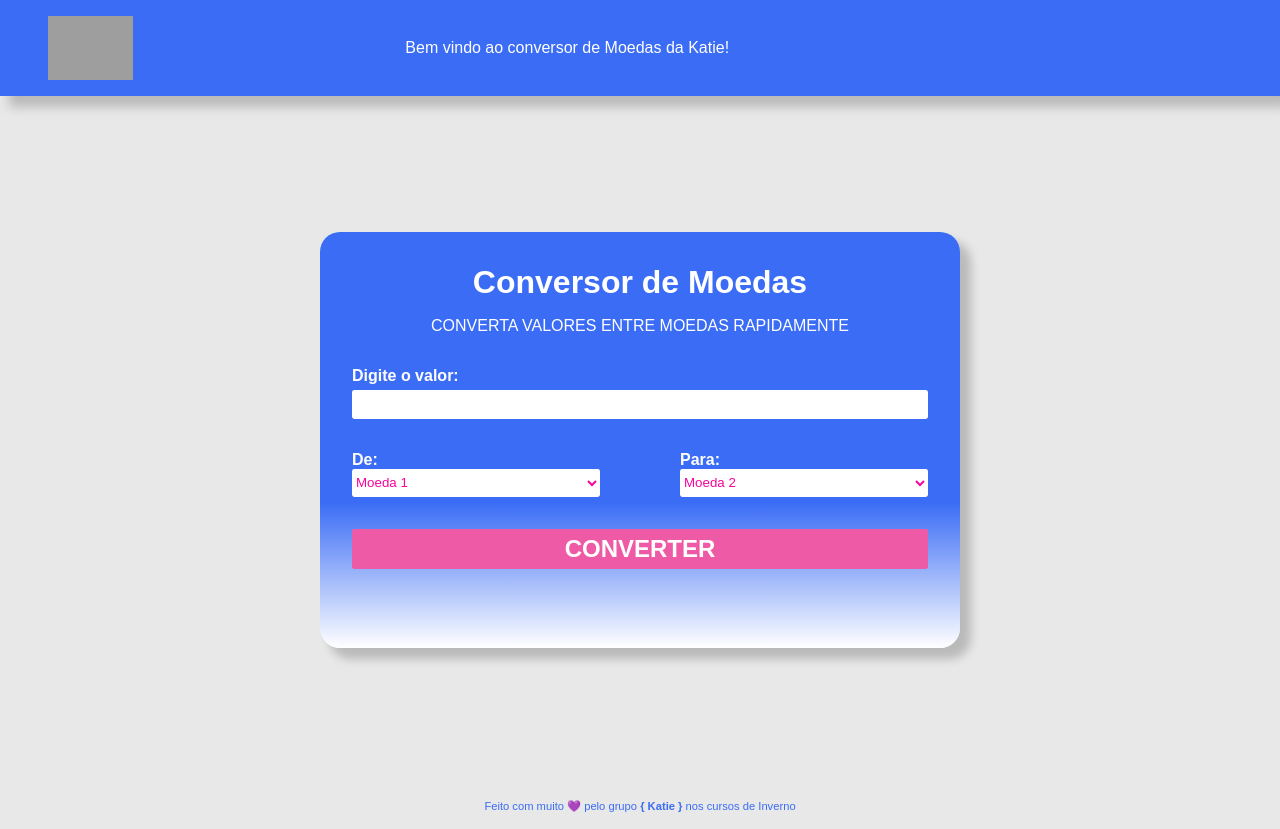
Repository: willamesalmeida/Conversor-de-Moedas
Page: index.html
These files come from the project's save history. The page is drawn as it stood at one moment and after the next save; the edit follows.
The browser window is 1280 px wide. The pictures show the whole page.
Pictures or frames that could not be fetched are drawn as grey boxes.

Above is the page before, as saved 2022-08-07 15:07:25.

After the next save:
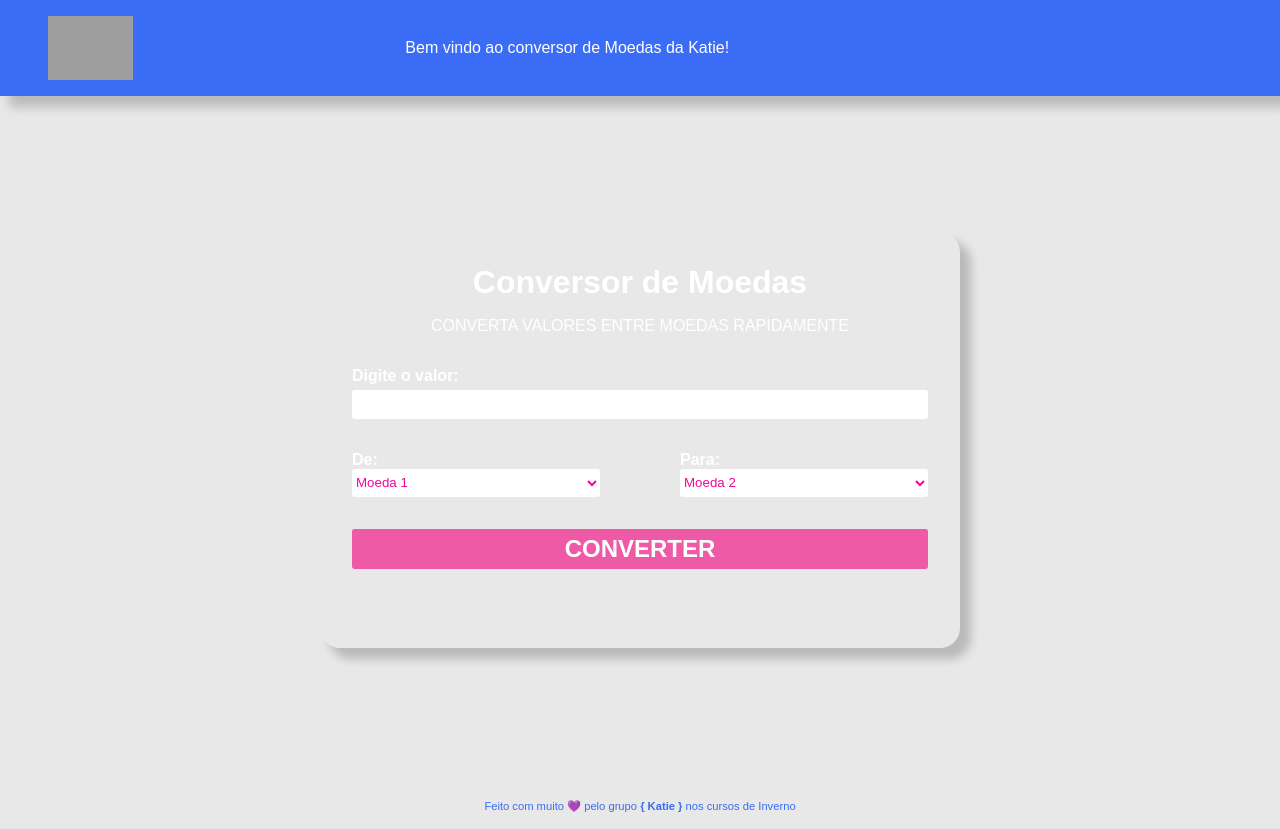
Saved 49 s later.
--- a/styles.css
+++ b/styles.css
@@ -26,7 +26,7 @@
 }
 
 .card {
-  background: linear-gradient(var(--blue)65%, var(--branco)); ;
+  background: linear-gradient(var(--greendark)65%,var(--greenligth), var(--greenciano)); ;
   /* background: var(--red); */
   width: 40rem;
   height: 26rem;

After the 3 saves that followed:
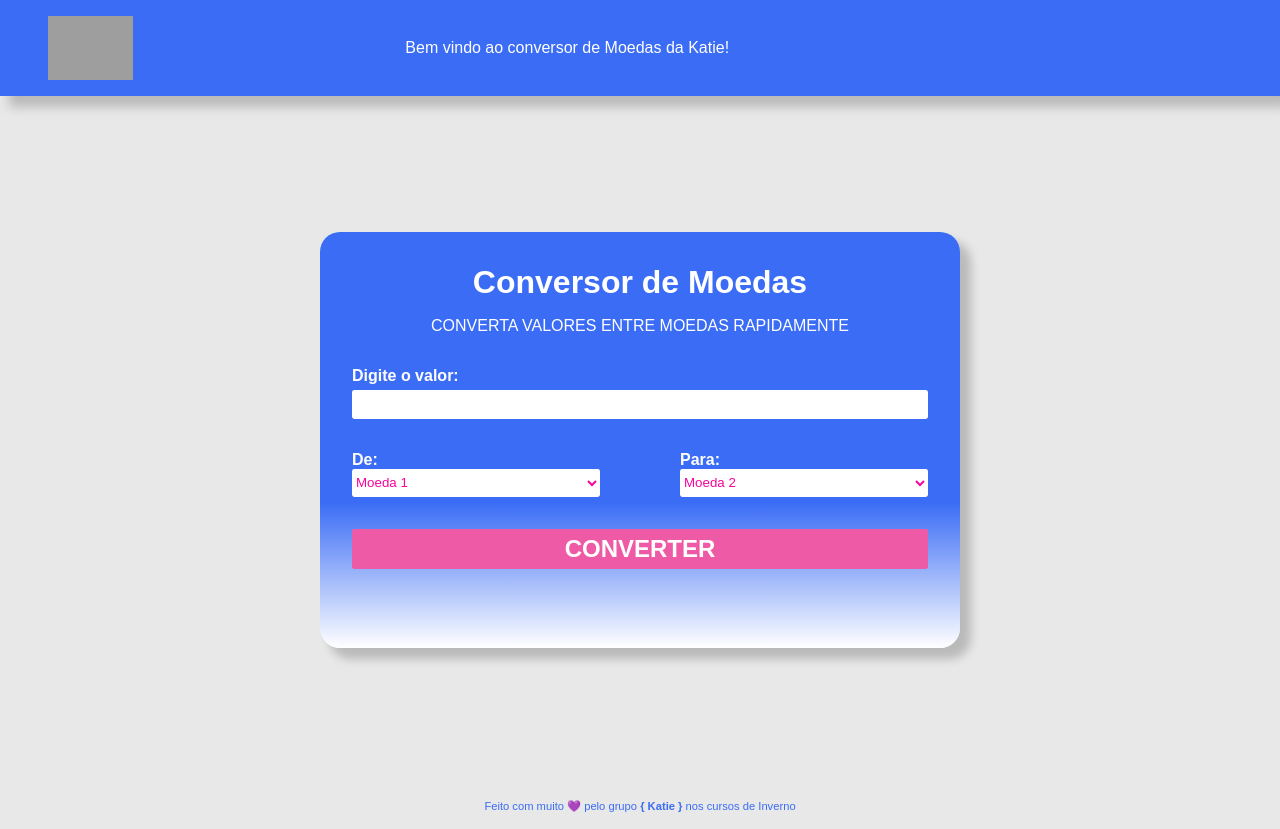
The 3 saves are shown as one change because 2 left the picture as it was.
The last was saved 80 s later.
--- a/global.css
+++ b/global.css
@@ -9,10 +9,10 @@
   --gray:#E8E8E8;
   --grey2: #EBEBF3;
   --red:#FF0000;
-  --greendark:#007560,
-  --greenlight:#27EDC4,
-  --greeciano:#51EFD0,
-  --azul:#006CF9,
+  --greendark:#007560;
+  --greenlight:#27EDC4;
+  --greenciano:#51EFD0;
+  --azul:#006CF9;
 }
 
 * {
--- a/styles.css
+++ b/styles.css
@@ -26,7 +26,7 @@
 }
 
 .card {
-  background: linear-gradient(var(--greendark)65%,var(--greenligth), var(--greenciano)); ;
+  background: linear-gradient(var(--blue)65%, var(--branco)); ;
   /* background: var(--red); */
   width: 40rem;
   height: 26rem;
